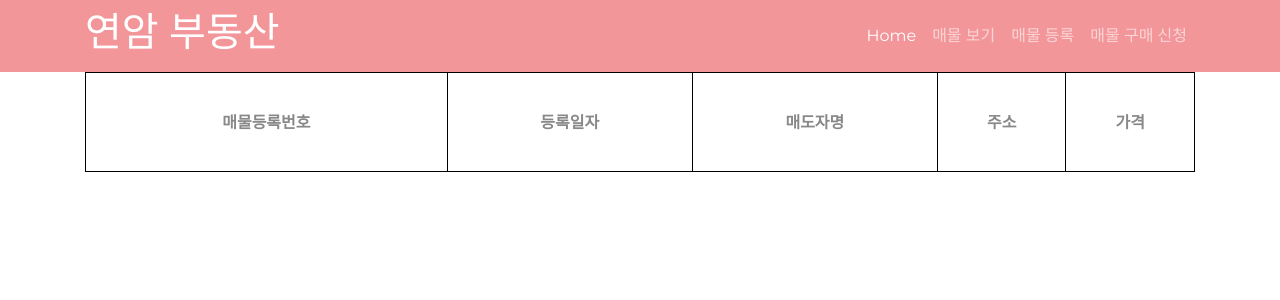
Repository: Leekm0912/2-1_JSP-DB_Project
Page: http://localhost/WebTest/DB/ViewTable.jsp
An editor plug-in stored every save of this project. The page is shown before and after the next save, followed by the edit.
The browser window is 1280 px wide. The pictures show the whole page.
The page is served by Tomcat 9. Queries for data that is not in the repository find no rows.

Above is the page before, as saved 2020-06-10 03:58:42.

After the next save:
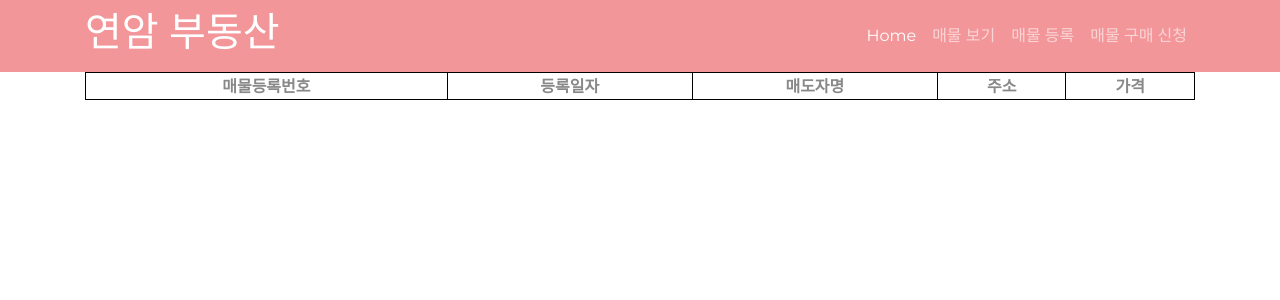
Saved 4 s later.
--- a/WebTest/WebContent/DB/ViewTable.jsp
+++ b/WebTest/WebContent/DB/ViewTable.jsp
@@ -26,7 +26,6 @@ table, td {
 
 table {
 	width: 100%;
-	height: 100px;
 	margin: auto;
 	text-align: center;
 }
